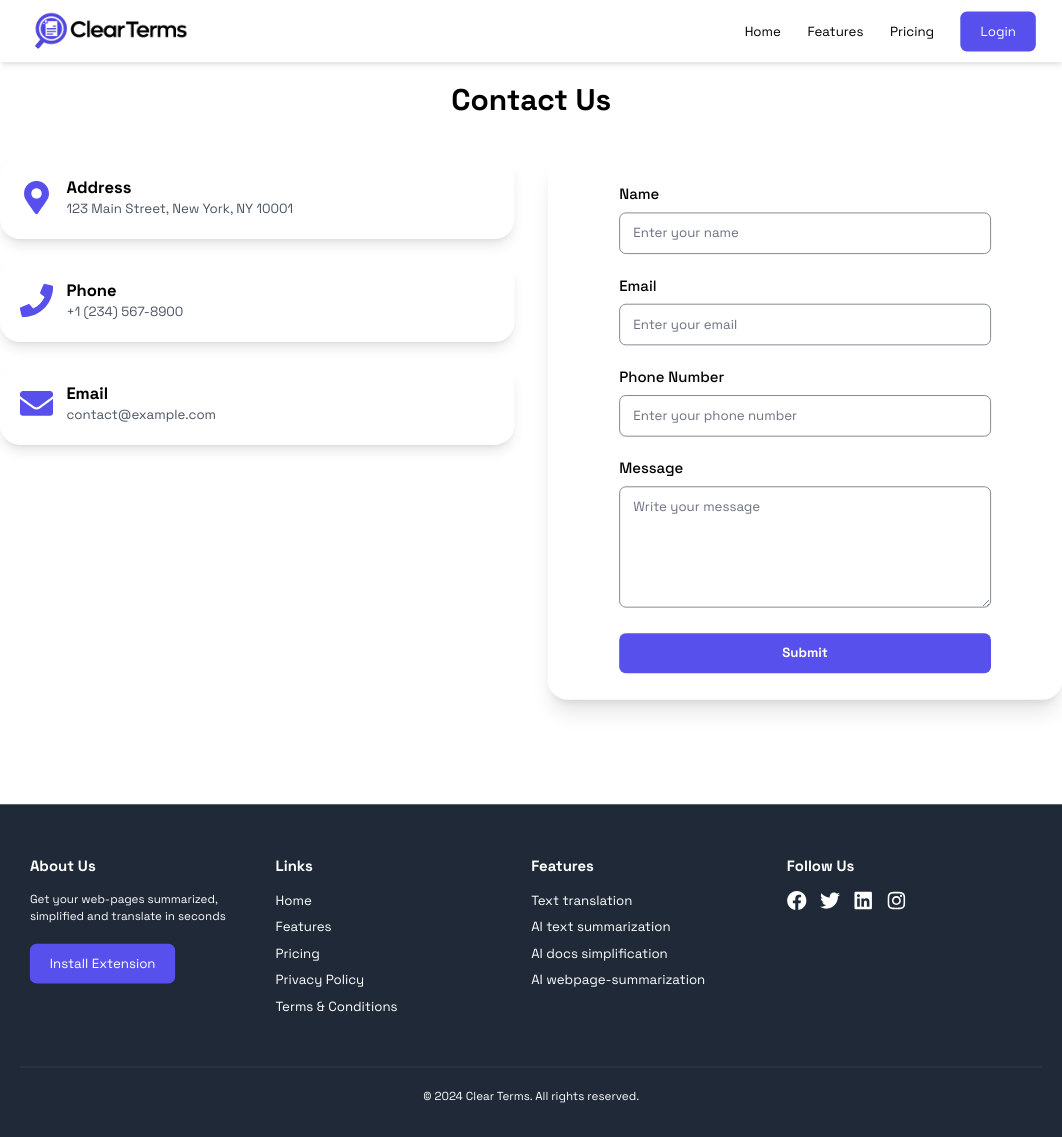
Repository: sabeelyousaf/clearterms
Page: /contact
These files come from the project's save history. The page is drawn as it stood at one moment and after the next save; the edit follows.
The browser window is 1280 px wide. The pictures show the whole page, at 83% of full size.
The project was rebuilt for these pictures with package versions that can differ from the ones it lists, and the page was loaded fresh each time. The framework's server and built-in components were replaced by stand-ins that run in the browser. Also part of the build but not shown: next.config.js.

Above is the page before, as saved 2024-12-01 01:56:17.

After the next save:
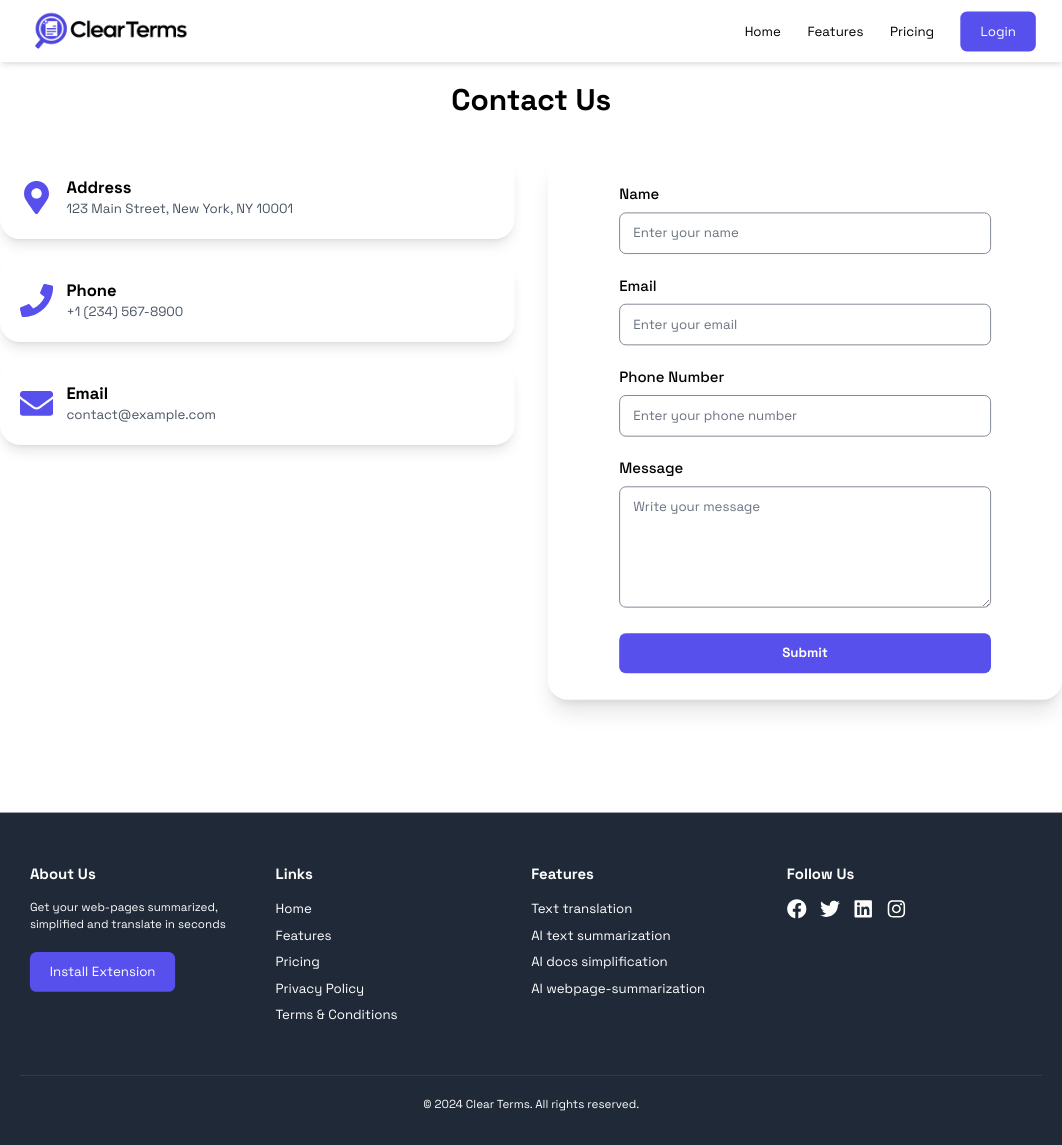
Saved 57 s later.
--- a/src/app/globals.css
+++ b/src/app/globals.css
@@ -66,7 +66,7 @@
   display: none!important;
 }
 .mob-margin{
-  margin-bottom: 30px!important;
+  margin-bottom: 40px!important;
 }
 
 /* Spinner animation */
